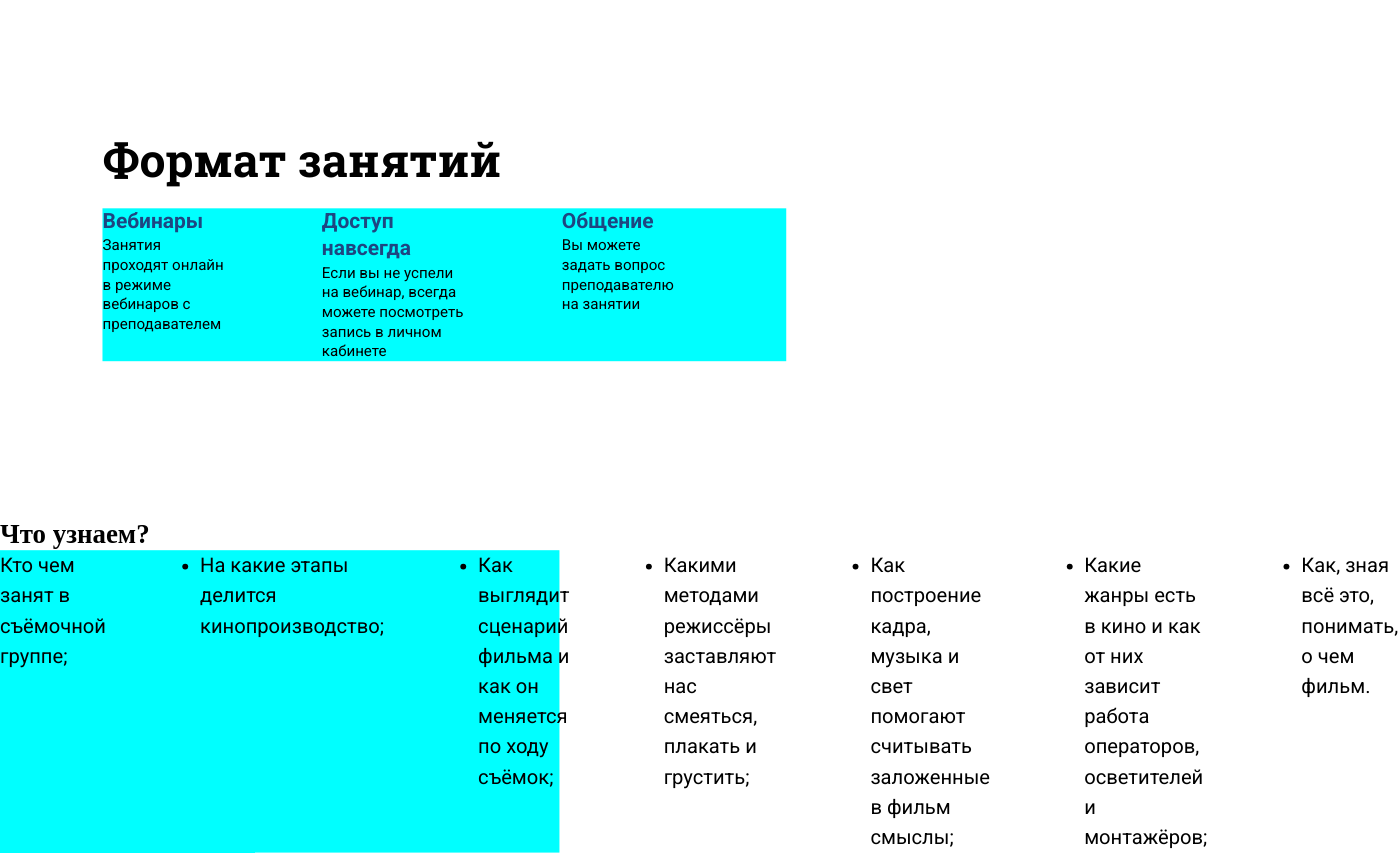
Repository: mirali879/previous-proj
Page: index.html
These files come from the project's save history. The page is drawn as it stood at one moment and after the next save; the edit follows.
The browser window is 1280 px wide. The page is 1664 px wide, then 1280 px, so the pictures cover 1664 px, including what lies to the right of the window. The pictures show the whole page, at 84% of full size.

Above is the page before, as saved 2023-05-06 19:25:09.

After the next save:
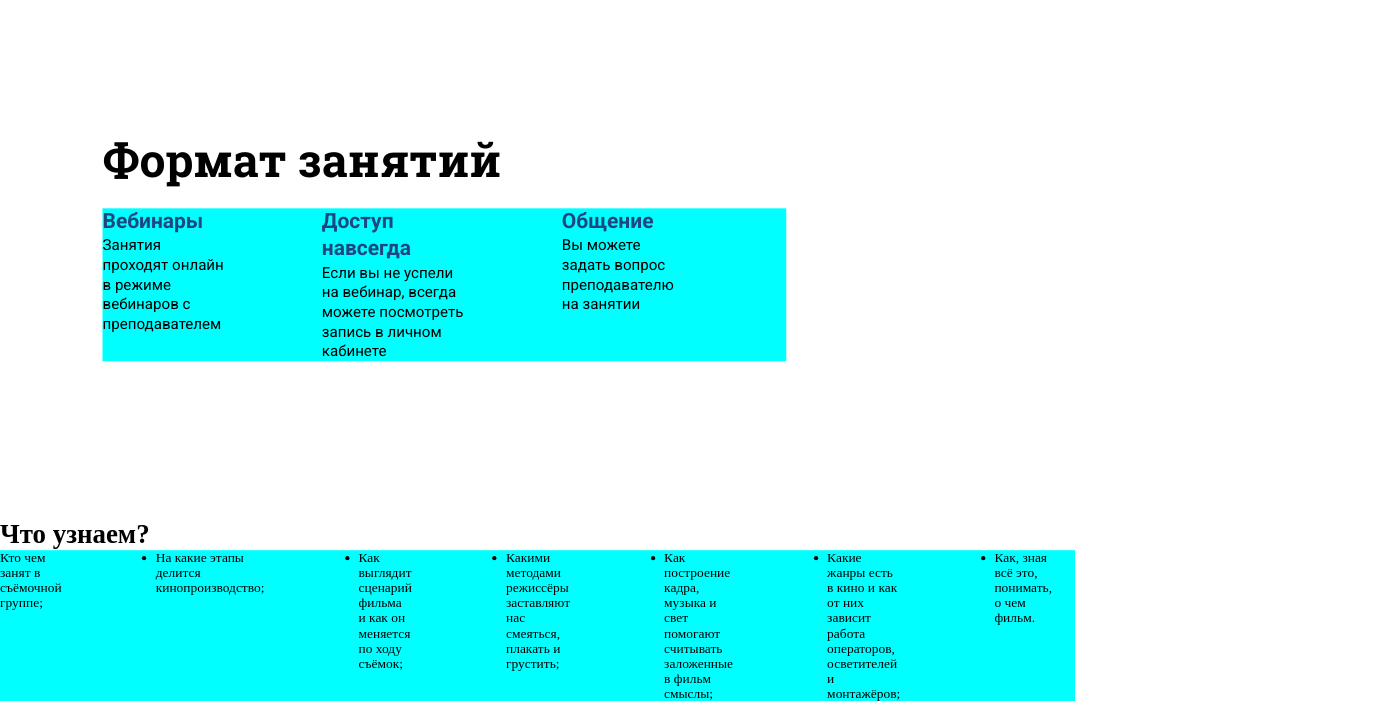
Saved 24 s later.
--- a/index.html
+++ b/index.html
@@ -36,7 +36,7 @@
       <h1>Что узнаем?</h1>
 
       <div class="row">
-        <ul class="list">
+        <ul >
           <li>Кто чем занят в съёмочной группе;</li>
           <li>На какие этапы делится кинопроизводство;</li>
           <li>
